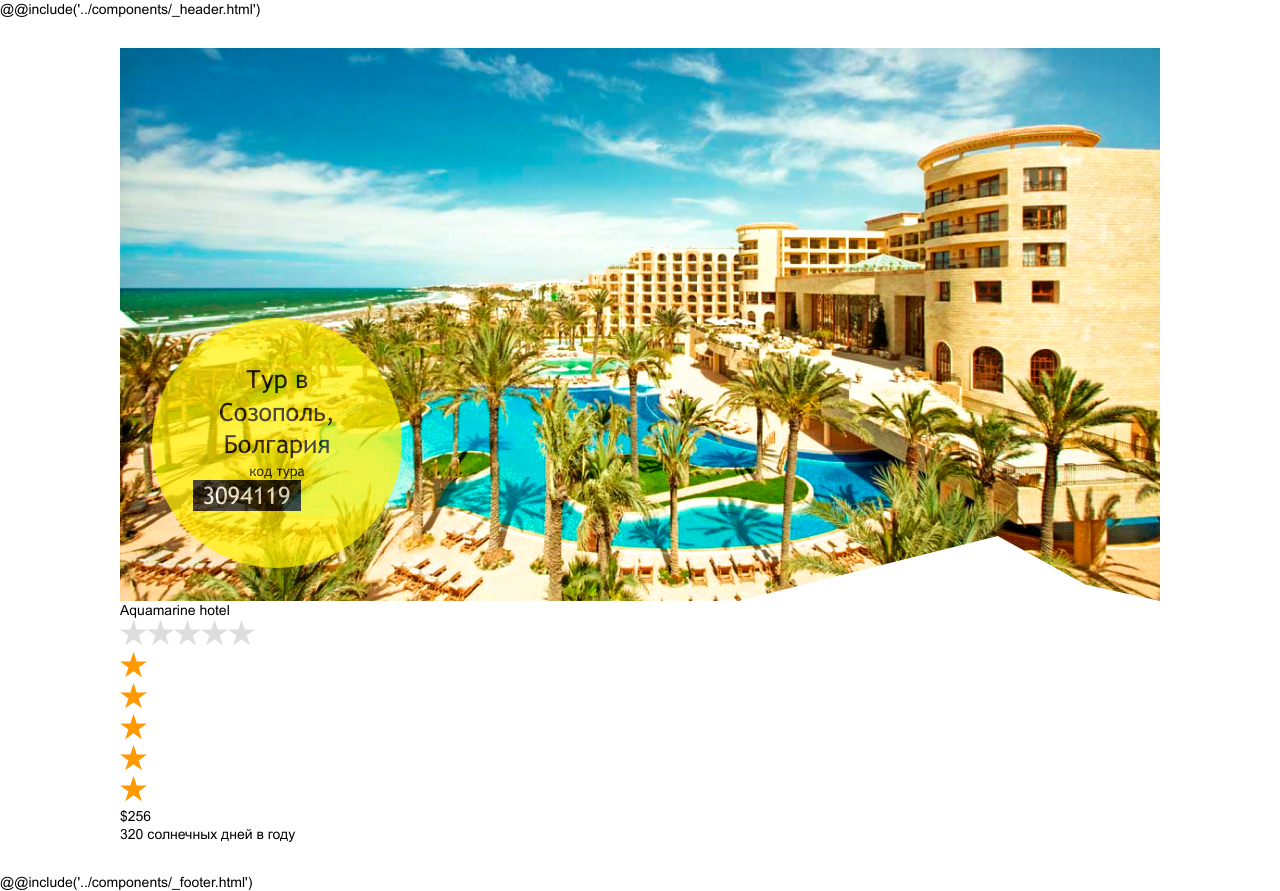
Repository: chekhunov/suntour
Page: app/html/pages/index.html
An editor plug-in stored every save of this project. The page is shown before and after the next save, followed by the edit.
The browser window is 1280 px wide. The pictures show the whole page.
Some web fonts or font styles are not loaded; a fallback is used. The style sheet was rebuilt from its Sass, Less or Tailwind sources for each picture, by a compiler version that may differ from the author's.

Above is the page before, as saved 2021-03-04 13:26:48.

### app/html/pages/index.html
<!DOCTYPE html>
<html lang="en">

<head>
  <meta charset="UTF-8">
  <meta name="viewport" content="width=device-width, initial-scale=1.0">
  <title>SunTour</title>
  <link rel="stylesheet" href="css/style.min.css?v=0.1">
</head>

<body>

  @@include('../components/_header.html')

  <main class="main">

    <section class="content">

      <div class="container">

        <article class="card-hotel" href="#">

          <div class="card-hotel__image" style="background-image: url('images/content/card-hotelbg.jpg');">

            <div class="card-hotel__box">

              <div class="card-hotel__tour">

                <span class="card-hotel__title-tour">
                  Тур в Созополь, Болгария
                </span>

                <div class="card-hotel__code-tour">

                  код тура

                  <span class="card-hotel__code">

                    3094119

                  </span>

                </div>

              </div>

            </div>

          </div>

          <div class="card-hotel__content">

            <div class="card-hotel__item">

              <span class="card-hotel__title">

                Aquamarine hotel

              </span>

              <div class="star"></div>

              <span class="price">

                $256

              </span>

            </div>

            <div class="card-hotel__item">



            </div>

            <div class="card-hotel__sunday">

              <span class="card-hotel__day">

                320

              </span>

              солнечных дней в году

            </div>

          </div>


        </article>

      </div>

    </section>

  </main>

  @@include('../components/_footer.html')

  <script src="js/main.min.js"></script>

</body>

</html>

### app/scss/style.scss
@import 'vars';  //переменные для цвета для шрифта
@import 'fonts'; // подключение шрифтов
@import 'reset'; //сброс всех стилей
@import 'global'; // подключение глобальных стилей типо reset.css, то что на body для сылок
// @import 'media'; // адаптив
@import "mixins";

@import "components/header";
@import "components/card-hotel";
@import "home/home";

### app/scss/_vars.scss

%arial-400 {
  font-family: "Arial-Regular", sans-serif;
  font-weight: 400;
}

%arial-700 {
  font-family: "Arial-bold", sans-serif;
  font-weight: 700;
}

%trebuchetMS-700 {
  font-family: "TrebuchetMS-bold", sans-serif;
  font-weight: 700;
}

### app/scss/_fonts.scss
@font-face {
  font-family: "Arial-regular";
  font-weight: 400;
  font-style: normal;
  src: url("../fonts/Arial.woff2") format("woff2"),
    url("../fonts/Arial.woff") format("woff");
  font-display: swap; //самое оптимальное для пользователя при прогрузке шрифтов
}

@font-face {
  font-family: "Arial-bold";
  font-weight: 700;
  font-style: normal;
  src: url("../fonts/Arial.woff2") format("woff2"),
    url("../fonts/Arial.woff") format("woff");
  font-display: swap; //самое оптимальное для пользователя при прогрузке шрифтов
}

@font-face {
  font-family: "TrebuchetMS-bold";
  font-weight: 700;
  font-style: normal;
  src: url("../fonts/TrebuchetMS.woff2") format("woff2"),
    url("../fonts/TrebuchetMS.woff") format("woff");
  font-display: swap; //самое оптимальное для пользователя при прогрузке шрифтов
}

### app/scss/_reset.scss
/* Указываем box sizing */
/* плавный скроллинг по сайту */
/* scroll-behavior: smooth;  */
html {
  box-sizing: border-box;
}

*,
*::after,
*::before {
  box-sizing: inherit;
}

// только у них будет padding 0 если класса у них нет тогда padding будет не 0
ul,
ol {
  padding: 0;
}

/* Убираем внешние отступы */
body,
h1,
h2,
h3,
h4,
p,
ul[class],
ol[class],
li,
figure,
figcaption,
blockquote{
  margin: 0;
}

/* Выставляем основные настройки по-умолчанию для body */
body {
  min-height: 100vh;
  scroll-behavior: smooth;
  text-rendering: optimizeSpeed;
  line-height: 1.3;
}

/* Удаляем стандартную стилизацию для всех ul и il, у которых есть атрибут class*/
ul,
ol{
  list-style: none;
}

a {
  text-decoration: none;
}

/* Элементы a, у которых нет класса, сбрасываем до дефолтных стилей */
a:not([class]) {
  text-decoration-skip-ink: auto;
}

/* Упрощаем работу с изображениями */
img {
  max-width: 100%;
  display: block;
}

/* Указываем понятную периодичность в потоке данных у article*/
// article > * + * {
//   margin-top: 1em;
// }

/* Наследуем шрифты для инпутов и кнопок */
input,
button,
textarea,
select {
  font: inherit;
}

/* Удаляем все анимации и переходы для людей, которые предпочитай их не использовать */
@media (prefers-reduced-motion: reduce) {
  * {
    animation-duration: 0.01ms !important;
    animation-iteration-count: 1 !important;
    transition-duration: 0.01ms !important;
    scroll-behavior: auto !important;
  }
}

address {
  font-style: normal;
}

### app/scss/_global.scss
@import "mixins";

html,
body {
  height: 100%;
}

body {
  display: flex;
  flex-direction: column;
  font-size: 14px;
  color: black;
  background-color: white;
  @extend %arial-400;
}

// main {
//   @include _1200 {
//     position: relative;
//     transition: 0.5s;
//     z-index: 0;

//     &.main--active {
//       transform: translateX(-20%);
//     }
//   }

//   @include _560 {
//     top: 0;
//     &.main--active {
//       transform: translateX(-30%);
//     }
//   }
// }

.container {
  max-width: 1070px;
  margin: 0 auto;
  padding: 0 15px;
}

.main {
  flex-grow: 1;
}

a,
button {
  outline: transparent;
  cursor: pointer;
}

.uppercase {
  text-transform: uppercase;
}

.logo {
  &__img {
    max-width: 179px;
    max-height: 44px;
    object-fit: cover;
  }
}

### app/scss/_mixins.scss

@mixin _1500 {
  @media (max-width: 1500px) {
    @content;
  }
}

@mixin _1200 {
  @media (max-width: 1200px) {
    @content;
  }
}


@mixin _1024 {
  @media (max-width: 1024px) {
    @content;
  }
}

@mixin _860 {
  @media (max-width: 860px) {
    @content;
  }
}

@mixin _768 {
  @media (max-width: 768px) {
    @content;
  }
}


@mixin _560 {
  @media (max-width: 560px) {
    @content;
  }
}

@mixin _425 {
  @media (max-width: 425px) {
    @content;
  }
}

### app/scss/components/_header.scss
.header {
  width: 100%;
  height: 104px;
  padding: 30px 0;
  background-color: #00BFF3;
}

### app/scss/components/_card-hotel.scss
.card-hotel {
  &__image {
    max-width: 1040px;
    min-height: 553px;
    display: flex;
    justify-content: left;
    align-items: flex-end;
    background-repeat: no-repeat;
    background-position: top center;
    background-size: cover;
    object-fit: cover;
  }

  &__box {
    width: 250px;
    height: 250px;
    margin-left: 32px;
    margin-bottom: 33px;
    display: flex;
    justify-content: center;
    align-items: center;
    background-color: #FFF200;
    opacity: 0.7;
    border-radius: 150px;
  }

  &__tour {
    width: 169px;
    height: 158px;
    font-size: 25px;
    text-align: center;
    @extend %trebuchetMS-700;
  }

  &__code-tour {
    display: flex;
    flex-direction: column;
    justify-content: center;
    font-size: 14px;
  }

  &__code {
    width: 108px;
    height: 31px;
    font-size: 24px;
    background-color: black;
    color: white;
  }
}

### app/scss/home/_home.scss
@import "home/content";

### app/scss/home/_content.scss

.content {
  padding: 30px 0;
}

Loaded but not shown: app/js/main.min.js (library)

After the next save:
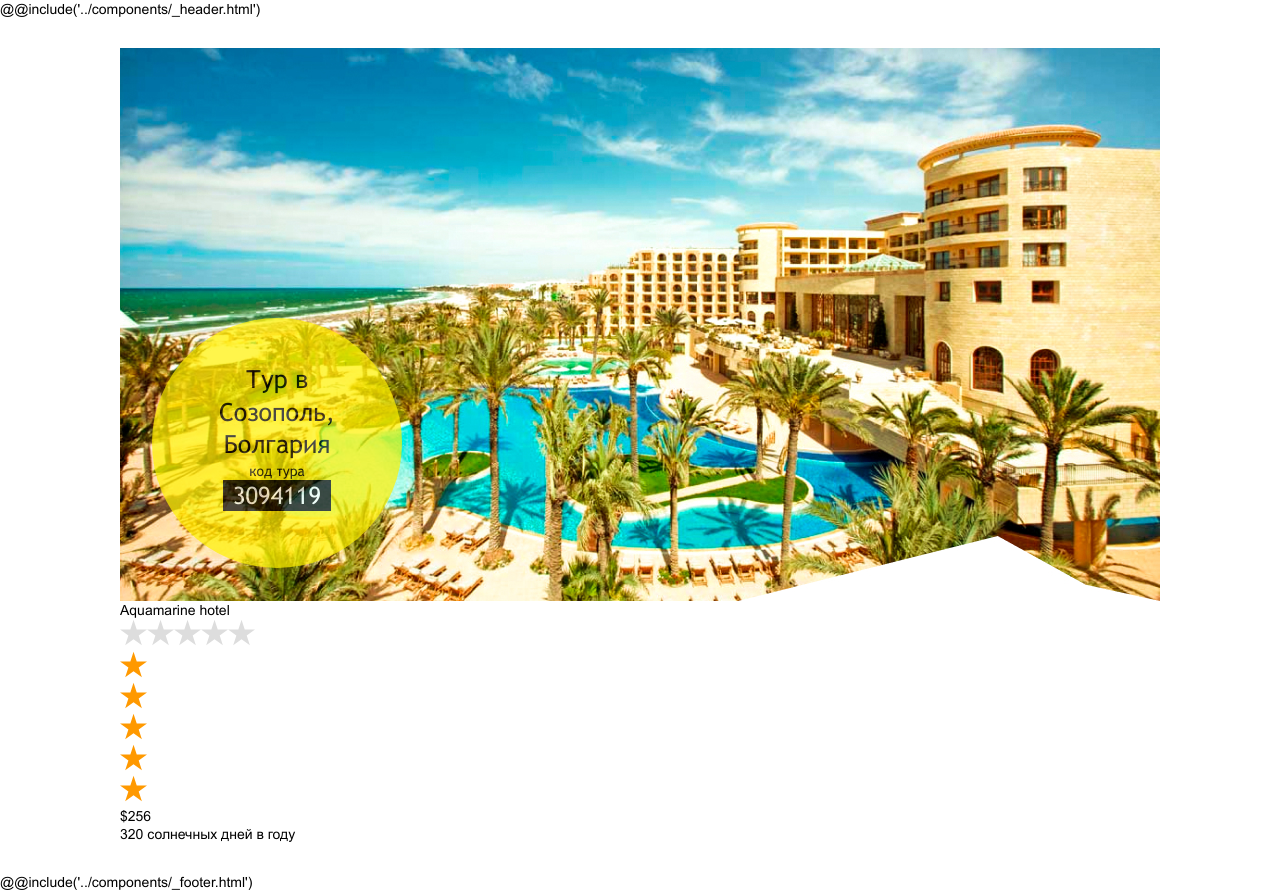
Saved 14 s later.
--- a/app/scss/components/_card-hotel.scss
+++ b/app/scss/components/_card-hotel.scss
@@ -35,7 +35,7 @@
   &__code-tour {
     display: flex;
     flex-direction: column;
-    justify-content: center;
+    align-items: center;
     font-size: 14px;
   }
 
